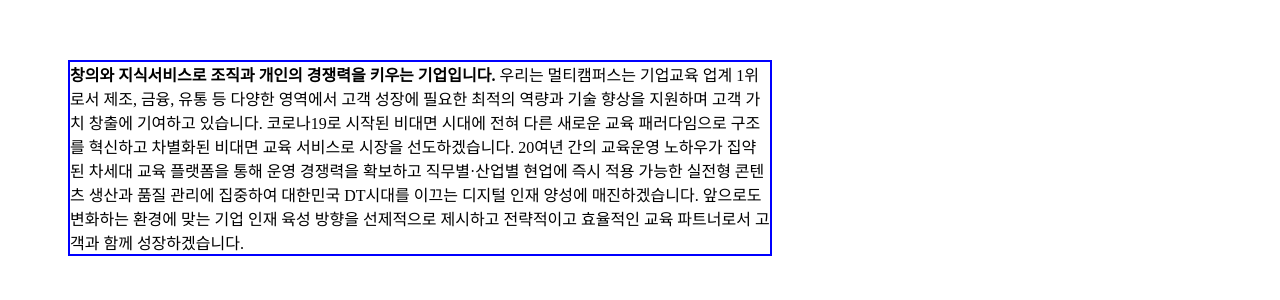
Repository: Pang-Ho/TIL
Page: JavaScript/workspace_web/csstest/WebContent/absolut.html
The author's editor kept a copy of each file at every save. The page is drawn from the files as they stood at one save, then again after the next save.
The browser window is 1280 px wide. The pictures show the whole page.

Above is the page before, as saved 2021-08-23 00:58:20.

### JavaScript/workspace_web/csstest/WebContent/absolut.html
<!DOCTYPE html>
<head>
  <meta charset="UTF-8">
  <title>Document</title>
  <style type="text/css">
  .content{
  border : 2px solid blue;
  width : 700px;
  margin : 40px;
  /* position : static; */
  position : relative;
  top :20px;
  left:20px;
  }
  .box:nth-child(1)
  </style>
</head>
<body>
    <div class="content">
      <div class="text">
        <b>창의와 지식서비스로 조직과 개인의 경쟁력을 키우는 기업입니다.</b>
        우리는 멀티캠퍼스는 기업교육 업계 1위로서 제조, 금융, 유통 등 다양한 영역에서 고객 성장에 필요한 최적의 역량과 기술 향상을 지원하며 고객 가치 창출에 기여하고 있습니다.
	코로나19로 시작된 비대면 시대에 전혀 다른 새로운 교육 패러다임으로 구조를 혁신하고 차별화된 비대면 교육 서비스로 시장을 선도하겠습니다.
	20여년 간의 교육운영 노하우가 집약된 차세대 교육 플랫폼을 통해 운영 경쟁력을 확보하고 직무별·산업별 현업에 즉시 적용 가능한 실전형 콘텐츠 생산과 품질 관리에 집중하여 대한민국 DT시대를 이끄는 디지털 인재 양성에 매진하겠습니다.
	앞으로도 변화하는 환경에 맞는 기업 인재 육성 방향을 선제적으로 제시하고 전략적이고 효율적인 교육 파트너로서 고객과 함께 성장하겠습니다.
      </div>
    </div>
    <div class="box"></div>
    <div class="box"></div>
    <div calss="box"></div>
</body>
</html>

After the next save:
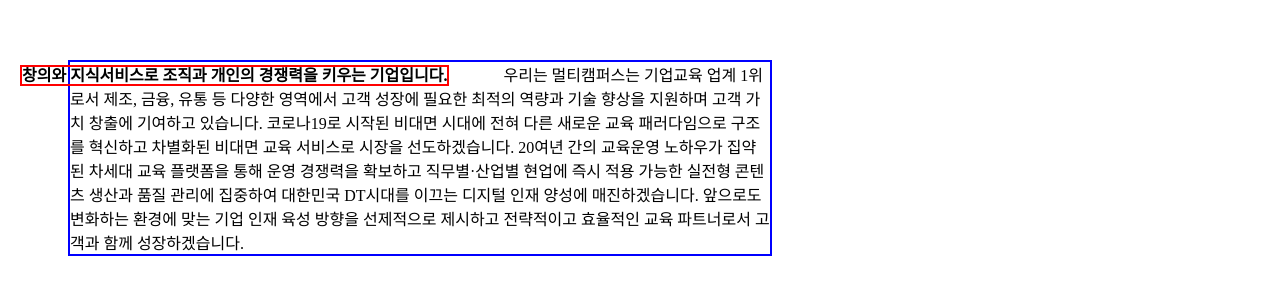
Saved 75 s later.
--- a/JavaScript/workspace_web/csstest/WebContent/absolut.html
+++ b/JavaScript/workspace_web/csstest/WebContent/absolut.html
@@ -11,6 +11,12 @@
   position : relative;
   top :20px;
   left:20px;
+  }
+  b{
+  	border : 2px solid red;
+  	position: relative;
+  	bottom : 20ox;
+  	right : 50px;
   }
   .box:nth-child(1)
   </style>
